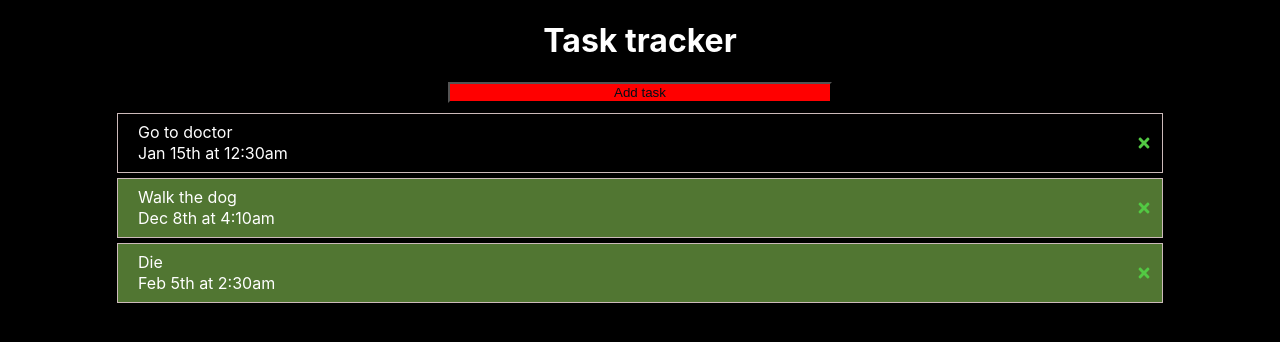
Repository: roscaImarius/task-tracker-react
Page: /
These files come from the project's save history. The page is drawn as it stood at one moment and after the next save; the edit follows.
The browser window is 1280 px wide. The pictures show the whole page.
The project was rebuilt for these pictures with package versions that can differ from the ones it lists, and the page was loaded fresh each time. Also part of the build but not shown: src/components/AddTask.js.

Above is the page before, as saved 2021-03-31 13:14:12.

### src/App.js
import "./App.css";
import Header from "./components/Header";
import React, { useState } from "react";

function App() {
  const [showAdd, setShowAdd] = useState(false);
  const [tasks, setTasks] = useState([
    {
      id: 1,
      text: "Go to doctor",
      day: "Jan 15th at 12:30am",
      reminder: false,
    },
    {
      id: 2,
      text: "Walk the dog",
      day: "Dec 8th at 4:10am",
      reminder: true,
    },
    {
      id: 3,
      text: "Die",
      day: "Feb 5th at 2:30am",
      reminder: true,
    },
  ]);

  // show add form
  const onClickAdd = () => {
    setShowAdd(!showAdd);
  };

  // save task
  const onSaveTask = (task) => {
    let randId = new Date().getTime();
    const newTask = { id: randId, ...task };
    console.log(newTask);
    setTasks([...tasks, newTask]);
    setShowAdd(false);
  };

  //delete task
  const onDelete = (id) => {
    setTasks(tasks.filter((t) => t.id !== id));
  };
  // Mark task
  const onDubleClick = (id) => {
    setTasks(
      tasks.map((task) =>
        task.id === id ? { ...task, reminder: !task.reminder } : task
      )
    );
  };
  return (
    <div className="App">
      <Header
        showAdd={showAdd}
        setShowAdd={setShowAdd}
        title={"Task tracker"}
        onDelete={onDelete}
        onSaveTask={onSaveTask}
        onClickAdd={onClickAdd}
        onDubleClick={onDubleClick}
        tasks={tasks}
      />
      {tasks.length === 0 ? <p>No tasks to show</p> : null}
    </div>
  );
}

export default App;

### src/App.css
.App {
  text-align: center;
}
body {
  background-color: black;
  color: white;
}

/* HEADER */
.header-container {
  display: flex;
  flex-direction: column;
}
.add-btn {
  background-color: black;
  color: rgb(2, 13, 22);
  margin: auto;
  width: 30%;
}
.task {
  display: flex;
  justify-content: space-between;
  padding-left: 20px;
  margin: auto;
  line-height: 5px;
  margin-bottom: 5px;
  border: 1px solid rgb(204, 186, 186);
  width: 80%;
  text-align: start;
}
.x {
  margin-right: 10px;
  color: rgb(82, 201, 67);
  margin: auto 5px;
  cursor: pointer;
  padding: 5px;
}
.marked {
  background-color: rgba(161, 236, 100, 0.5);
}
/* FORM */
.form-field {
  margin: 0 auto;
  display: flex;
  flex-direction: column;
  text-align: start;
  width: 80%;
  box-sizing: border-box;
}
.form-container {
  margin: auto;
  width: 70%;
  display: inline-block;
  padding: 10px;
  border: 1px solid gray;
  margin-bottom: 10px;
}
.saveTask {
  background-color: rgb(194, 192, 192);
}
input {
  background-color: rgb(209, 206, 206);
}

### src/components/Header.js
import React from "react";
import PropTypes from "prop-types";
import Tasks from "./Tasks";
import Button from "./Button";
import AddTask from "./AddTask";

const Header = ({
  title,
  onClickAdd,
  onDelete,
  onSaveTask,
  onDubleClick,
  tasks,
  showAdd,
  setShowAdd,
}) => {
  return (
    <header className="header-container">
      <h1>{title}</h1>
      <Button
        onClick={onClickAdd}
        showAdd={showAdd}
        setShowAdd={setShowAdd}
        color={showAdd ? "green" : "red"}
      />
      {showAdd && <AddTask onSaveTask={onSaveTask} />}
      <Tasks onDelete={onDelete} onDubleClick={onDubleClick} tasks={tasks} />
    </header>
  );
};

Header.defaultProps = {
  title: "Task tracker",
};

Header.propTypes = {
  title: PropTypes.string.isRequired,
};

export default Header;

### src/components/Tasks.js
import React from "react";
import Task from "./Task";

const Tasks = ({ tasks, onDubleClick, onDelete }) => {
  return (
    <div>
      {tasks.map((t) => (
        <Task
          key={t.id}
          onDubleClick={onDubleClick}
          onDelete={onDelete}
          t={t}
        />
      ))}
    </div>
  );
};

export default Tasks;

### src/components/Button.js
import React from "react";

const Button = ({ color, showAdd, onClick }) => {
  return (
    <button
      onClick={onClick}
      style={{ backgroundColor: color, marginBottom: "10px" }}
      className="add-btn"
    >
      {showAdd ? "Cancel add task " : "Add task"}
    </button>
  );
};
Button.defaultProps = {
  color: " rgb(194, 192, 192)",
};

export default Button;

### src/components/Task.js
import React from "react";
import { FaTimes } from "react-icons/fa";

const Task = ({ t, onDubleClick, onDelete }) => {
  return (
    <div
      onDoubleClick={() => onDubleClick(t.id)}
      className={t.reminder ? "marked task" : "task"}
    >
      <div>
        <p>{t.text}</p>
        <p>{t.day}</p>
      </div>
      <FaTimes className="x" onClick={() => onDelete(t.id)} />
    </div>
  );
};

export default Task;

Loaded but not shown: public/index.html (common file); src/index.js (common file); src/index.css (common file); src/reportWebVitals.js (common file)

After the next save:
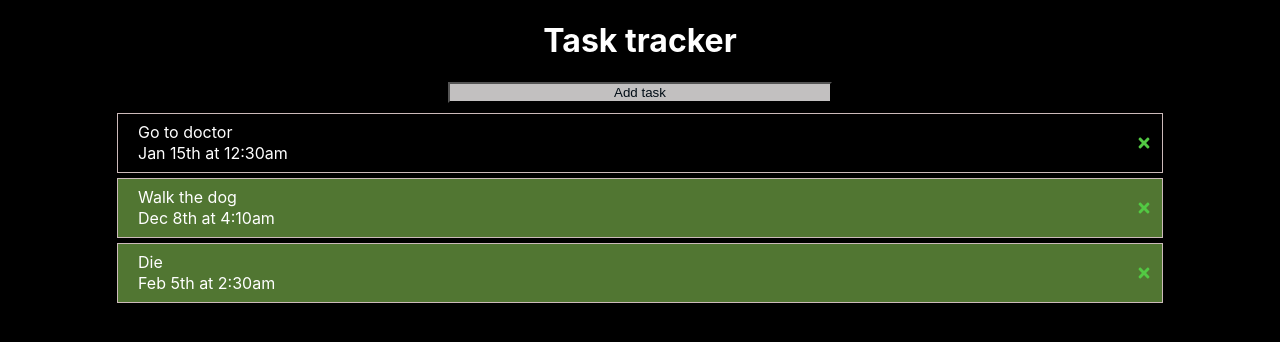
Saved 14 s later.
--- a/src/components/Header.js
+++ b/src/components/Header.js
@@ -21,7 +21,7 @@ const Header = ({
         onClick={onClickAdd}
         showAdd={showAdd}
         setShowAdd={setShowAdd}
-        color={showAdd ? "green" : "red"}
+        // color={showAdd? 'green' : 'red'}
       />
       {showAdd && <AddTask onSaveTask={onSaveTask} />}
       <Tasks onDelete={onDelete} onDubleClick={onDubleClick} tasks={tasks} />
